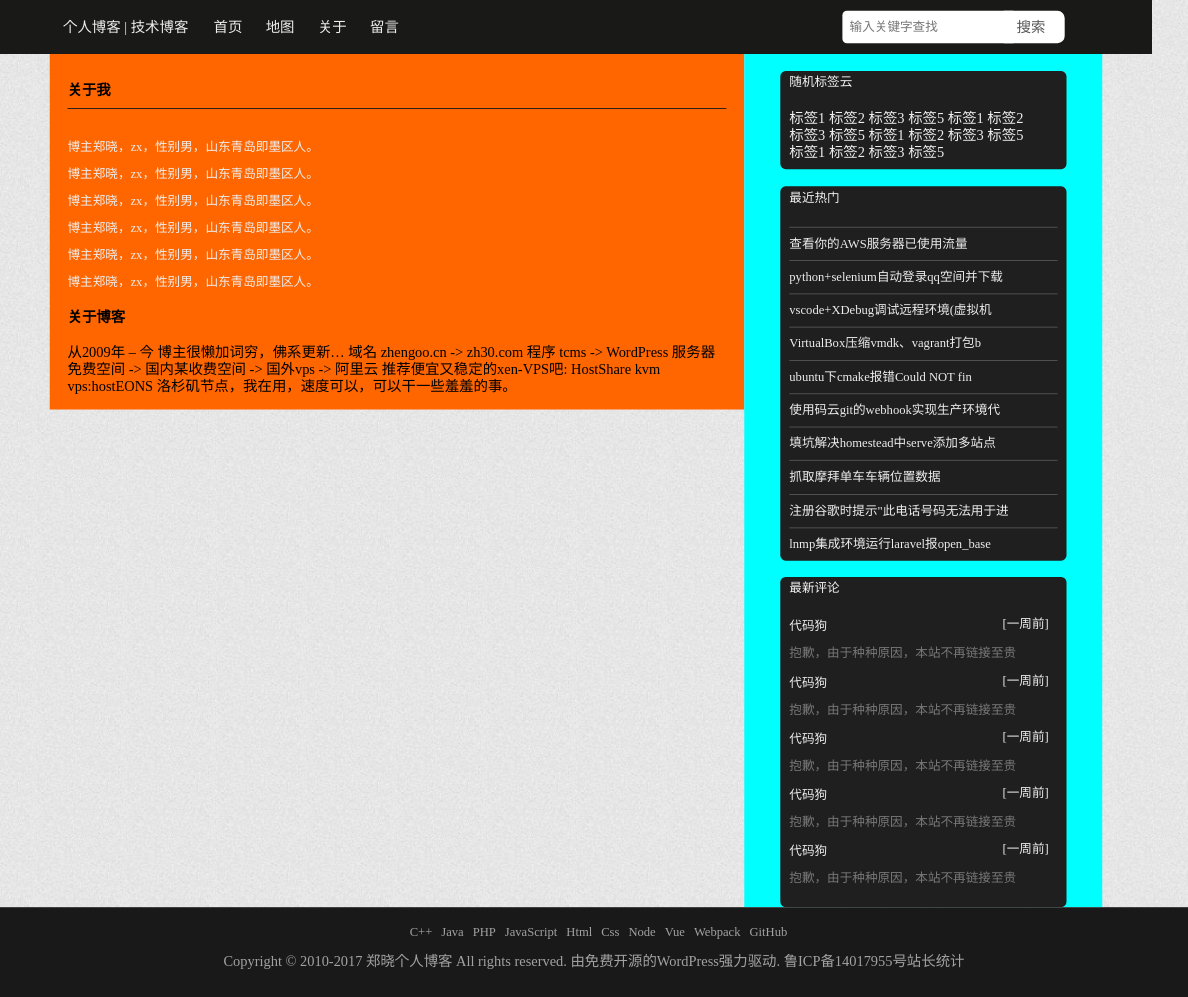
Repository: li1214/my_blog
Page: page/about.html
These files come from the project's save history. The page is drawn as it stood at one moment and after the next save; the edit follows.
The browser window is 1280 px wide. The page is 1320 px wide, so the pictures cover 1320 px, including what lies to the right of the window. The pictures show the whole page, at 90% of full size.

Above is the page before, as saved 2019-01-04 14:16:39.

### page/about.html
<!DOCTYPE html>
<html lang="en">

<head>
    <meta charset="UTF-8" />
    <meta name="viewport" content="width=device-width, initial-scale=1.0" />
    <meta http-equiv="X-UA-Compatible" content="ie=edge" />
    <title>个人博客</title>
    <link href="./css/base.css" rel="stylesheet" type="text/css" />
    <link href="./css/about.css" rel="stylesheet" type="text/css" />
</head>

<body>
    <header>
        <div class="container">
            <a>个人博客 | 技术博客</a>
            <ul>
                <li><a href="">首页</a></li>
                <li><a href="">地图</a></li>
                <li><a href="">关于</a></li>
                <li><a href="">留言</a></li>
            </ul>
            <div class="search">
                <input type="text" placeholder="输入关键字查找" />
                <button>搜索</button>
            </div>
        </div>
    </header>
    <div class="content">
        <div class="content-left">
            <div class='about'>
                <div class='about-me'>
                    <h4>关于我</h4>
                    <p>博主郑晓，zx，性别男，山东青岛即墨区人。</p>
                    <p>博主郑晓，zx，性别男，山东青岛即墨区人。</p>
                    <p>博主郑晓，zx，性别男，山东青岛即墨区人。</p>
                    <p>博主郑晓，zx，性别男，山东青岛即墨区人。</p>
                    <p>博主郑晓，zx，性别男，山东青岛即墨区人。</p>
                    <p>博主郑晓，zx，性别男，山东青岛即墨区人。</p>
                </div>
                <div class='about-blog'>
                    <h4>关于博客</h4>
                    <p>从2009年 – 今
                    博主很懒加词穷，佛系更新…
                    域名 zhengoo.cn -> zh30.com
                    程序 tcms -> WordPress
                    服务器 免费空间 -> 国内某收费空间 -> 国外vps -> 阿里云

                    推荐便宜又稳定的xen-VPS吧: HostShare
                    kvm vps:hostEONS 洛杉矶节点，我在用，速度可以，可以干一些羞羞的事。</p>
                </div>
            </div>
            <div></div>
            <div>
                <form action="">

                </form>
            </div>
        </div>
        <div class="content-right">
            <div class="right-box">
                <h4>随机标签云</h4>
                <div class="contents">
                    <a>标签1</a> <a>标签2</a> <a>标签3</a> <a>标签5</a> <a>标签1</a>
                    <a>标签2</a> <a>标签3</a> <a>标签5</a> <a>标签1</a> <a>标签2</a>
                    <a>标签3</a> <a>标签5</a> <a>标签1</a> <a>标签2</a> <a>标签3</a>
                    <a>标签5</a>
                </div>
            </div>
            <div class="right-box" style="padding-bottom: 0;">
                <h4>最近热门</h4>
                <div class="contents">
                    <ul class="list-group">
                        <li class="list-group-item">
                            <a href="https://www.zh30.com/aws-ec2-cloudwatch.html">查看你的AWS服务器已使用流量</a>
                        </li>
                        <li class="list-group-item">
                            <a href="https://www.zh30.com/python-selenium-qqzone-album.html">python+selenium自动登录qq空间并下载</a>
                        </li>
                        <li class="list-group-item">
                            <a href="https://www.zh30.com/vscode-xdebug-remote-vagrant-php.html">vscode+XDebug调试远程环境(虚拟机</a>
                        </li>
                        <li class="list-group-item">
                            <a href="https://www.zh30.com/virtualbox-vmdk-vagrant-box.html">VirtualBox压缩vmdk、vagrant打包b</a>
                        </li>
                        <li class="list-group-item">
                            <a href="https://www.zh30.com/ubuntu-cmake-could-not-find-boost.html">ubuntu下cmake报错Could
                                NOT fin</a>
                        </li>
                        <li class="list-group-item">
                            <a href="https://www.zh30.com/webhook-git-pull.html">使用码云git的webhook实现生产环境代</a>
                        </li>
                        <li class="list-group-item">
                            <a href="https://www.zh30.com/homestead-serve-add-sites.html">填坑解决homestead中serve添加多站点</a>
                        </li>
                        <li class="list-group-item">
                            <a href="https://www.zh30.com/crawl-mobike-location.html">抓取摩拜单车车辆位置数据</a>
                        </li>
                        <li class="list-group-item">
                            <a href="https://www.zh30.com/google-register-phone-verification.html">注册谷歌时提示"此电话号码无法用于进</a>
                        </li>
                        <li class="list-group-item">
                            <a href="https://www.zh30.com/lnmp-laravel-open_basedir.html">lnmp集成环境运行laravel报open_base</a>
                        </li>
                    </ul>
                </div>
            </div>
            <div class="right-box">
                <h4>最新评论</h4>
                <div class="contents">
                    <div class='item'>
                        <div class='item-title'>
                            <span>代码狗</span>
                            <span class='spanr'>[一周前]</span>
                        </div>
                        <p class='item-comtebt'>
                            抱歉，由于种种原因，本站不再链接至贵
                        </p>
                    </div>
                    <div class='item'>
                        <div class='item-title'>
                            <span>代码狗</span>
                            <span class='spanr'>[一周前]</span>
                        </div>
                        <p class='item-comtebt'>
                            抱歉，由于种种原因，本站不再链接至贵
                        </p>
                    </div>
                    <div class='item'>
                        <div class='item-title'>
                            <span>代码狗</span>
                            <span class='spanr'>[一周前]</span>
                        </div>
                        <p class='item-comtebt'>
                            抱歉，由于种种原因，本站不再链接至贵
                        </p>
                    </div>
                    <div class='item'>
                        <div class='item-title'>
                            <span>代码狗</span>
                            <span class='spanr'>[一周前]</span>
                        </div>
                        <p class='item-comtebt'>
                            抱歉，由于种种原因，本站不再链接至贵
                        </p>
                    </div>
                    <div class='item'>
                        <div class='item-title'>
                            <span>代码狗</span>
                            <span class='spanr'>[一周前]</span>
                        </div>
                        <p class='item-comtebt'>
                            抱歉，由于种种原因，本站不再链接至贵
                        </p>
                    </div>
                </div>
            </div>
        </div>
    </div>
    <footer>
        <ul>
            <li>C++</li>
            <li>Java</li>
            <li>PHP</li>
            <li>JavaScript</li>
            <li>Html</li>
            <li>Css</li>
            <li>Node</li>
            <li>Vue</li>
            <li>Webpack</li>
            <li>GitHub</li>
        </ul>
        <p>Copyright © 2010-2017 郑晓个人博客 All rights reserved. 由免费开源的WordPress强力驱动. 鲁ICP备14017955号站长统计</p>
    </footer>
</body>

</html>

### page/css/base.css
html {line-height: 1.15; /* 1 */-webkit-text-size-adjust: 100%; /* 2 */}
body {margin: 0;}
@font-face{
    font-family: 'myicon';
    src: url('../font/glyphicons-halflings-regular.woff2')
}
ul{padding: 0}
main {
  display: block;
}
h1 {
  font-size: 2em;
  margin: 0.67em 0;
}
hr {
  box-sizing: content-box; /* 1 */
  height: 0; /* 1 */
  overflow: visible; /* 2 */
}
pre {
  font-family: monospace, monospace; /* 1 */
  font-size: 1em; /* 2 */
}
a {
  background-color: transparent;
}
abbr[title] {
  border-bottom: none; /* 1 */
  text-decoration: underline; /* 2 */
  text-decoration: underline dotted; /* 2 */
}
b,
strong {
  font-weight: bolder;
}
code,
kbd,
samp {
  font-family: monospace, monospace; /* 1 */
  font-size: 1em; /* 2 */
}
small {
  font-size: 80%;
}
sub,
sup {
  font-size: 75%;
  line-height: 0;
  position: relative;
  vertical-align: baseline;
}
sub {
  bottom: -0.25em;
}
sup {
  top: -0.5em;
}
img {
  border-style: none;
}
button,
input,
optgroup,
select,
textarea {
  font-family: inherit; /* 1 */
  font-size: 100%; /* 1 */
  line-height: 1.15; /* 1 */
  margin: 0; /* 2 */
}
button,
input { /* 1 */
  overflow: visible;
}
button,
select { /* 1 */
  text-transform: none;
}
button,
[type="button"],
[type="reset"],
[type="submit"] {
  -webkit-appearance: button;
}
button::-moz-focus-inner,
[type="button"]::-moz-focus-inner,
[type="reset"]::-moz-focus-inner,
[type="submit"]::-moz-focus-inner {
  border-style: none;
  padding: 0;
}
button:-moz-focusring,
[type="button"]:-moz-focusring,
[type="reset"]:-moz-focusring,
[type="submit"]:-moz-focusring {
  outline: 1px dotted ButtonText;
}
fieldset {
  padding: 0.35em 0.75em 0.625em;
}
legend {
  box-sizing: border-box; /* 1 */
  color: inherit; /* 2 */
  display: table; /* 1 */
  max-width: 100%; /* 1 */
  padding: 0; /* 3 */
  white-space: normal; /* 1 */
}
progress {
  vertical-align: baseline;
}
textarea {
  overflow: auto;
}

[type="checkbox"],
[type="radio"] {
  box-sizing: border-box; /* 1 */
  padding: 0; /* 2 */
}
[type="number"]::-webkit-inner-spin-button,
[type="number"]::-webkit-outer-spin-button {
  height: auto;
}

[type="search"] {
  -webkit-appearance: textfield; /* 1 */
  outline-offset: -2px; /* 2 */
}

[type="search"]::-webkit-search-decoration {
  -webkit-appearance: none;
}
::-webkit-file-upload-button {
  -webkit-appearance: button; /* 1 */
  font: inherit; /* 2 */
}
details {
  display: block;
}
summary {
  display: list-item;
}
template {
  display: none;
}
[hidden] {
  display: none;
}
a{text-decoration: none;}
/* ========================================================== css reset ========================================================== */

body {
    width: 100%;
    height: 100%;
    background-image: url(../image/bg.jpg);
    background-repeat: repeat;
    overflow-x: hidden;
}

header{
    width: 100%;
    height: 60px;
    background-color: #191918;
}
header .container {
    width:1170px;
    height: 100%;
    margin: 0 auto;
}
header .container>a{
    display: block;
    float: left;
    color: #eee;
    line-height: 60px;
    margin: 0 15px;
    font-size: 16px;
}
header .container>ul{
    float: left;
    margin: 0;
    padding: 0;
}
header .container>ul>li{
    display: inline-block;
    float: left;
}
header .container>ul>li a{
    color: #eee;
    display: inline-block;
    height: 60px;
    width: 58px;
    line-height: 60px;
    text-align: center;
}
header .container .search{
    float: right;
    height: 100%;
    position: relative;
    right: 117px;
}
header .container .search>input{
    display: inline-block;
    position: absolute;
    height: 26px;
    padding: 5px 8px;
    border-radius: 5px;
    border:none;
    outline: none;
    font-size: 14px;
    margin-top: 12px;
    left: -172px;
}
header .container .search > button{
    outline: none;
    display: inline-block;
    position: absolute;
    width: 75px;
    height: 36px;
    padding: 5px 10px;
    border-radius: 8px;
    margin-top: 12px;
    cursor: pointer;
    color: #555;
    background-color: white;
    border: none;
}
/* ============================================================== header end ===================================================================== */
.content {
    width: 1170px;
    margin: 0 auto;
    position: relative;
    overflow: hidden;
}
.content .content-left{
    float: left;
    width: 66%;
    box-sizing: border-box;
    padding: 0 20px;
    background: #f60;
}
.content .content-right{
    float: right;
    width: 34%;
    box-sizing: border-box;
    background-color: aqua;
}
.right-box{
    background-color: #1f1f1f;
    margin-top: 20px;
    width: 80%;
    margin: 0 auto;
    box-sizing: border-box;
    border-radius: 6px;
    padding-bottom: 10px;
}
.right-box>h4 {
    color: #f4f4f4;
    font-weight: normal;
    padding: 5px 10px;
    font-size: 14px;
}
.right-box .contents{
    color: #eee;
    padding: 0 10px 0px 10px;
}
/* .right-box .contents a::after{
    display: block;
    content: '';
    overflow: hidden;
    clear: both;
    position: absolute;
} */
.right-box .contents>a{
    display: inline-block;
}
.right-box .contents li{
    width: 100%;
    list-style: none;
    white-space:nowrap;
    overflow: hidden;
   text-overflow: ellipsis;
    border-top:1px solid #555;
}
.right-box .contents li a{
    font-size: 14px;
    display: inline-block;
    color: #eee;
    padding: 10px 0;
}
.right-box .item .item-title{position: relative;}
.right-box .item .item-title span{display: inline-block;font-size: 14px;font-weight: normal;}
.right-box .item .item-title span.spanr{
    position: absolute;
    right: 10px;
}
.right-box .item > p{color: #777;font-size: 14px;}


/* =====================================================================  footer start ================================================================= */

footer{
    width: 100%;
    height: 60px;
    background: #191919;
    text-align: center;
    padding: 20px;
}
footer ul{
    display: inline-block;
    margin:  0 auto;
    text-align: center;
}
footer ul li{
    display: inline-block;
    color: #a2a2a2;
    float: left;
    font-size: 14px;
    margin-left: 10px;
    cursor: pointer;
    text-align: center;
}
footer p {
    margin-top: 10px;
    color: #a2a2a2;
}

### page/css/about.css
.about-me > h4{
    display: inline-block;
    padding: 10px 0;
    width: 100%;
    border-bottom: 1px solid #191919;
}
.about-me p{
    color: #eee;
    font-size: 14px;
}

After the next save:
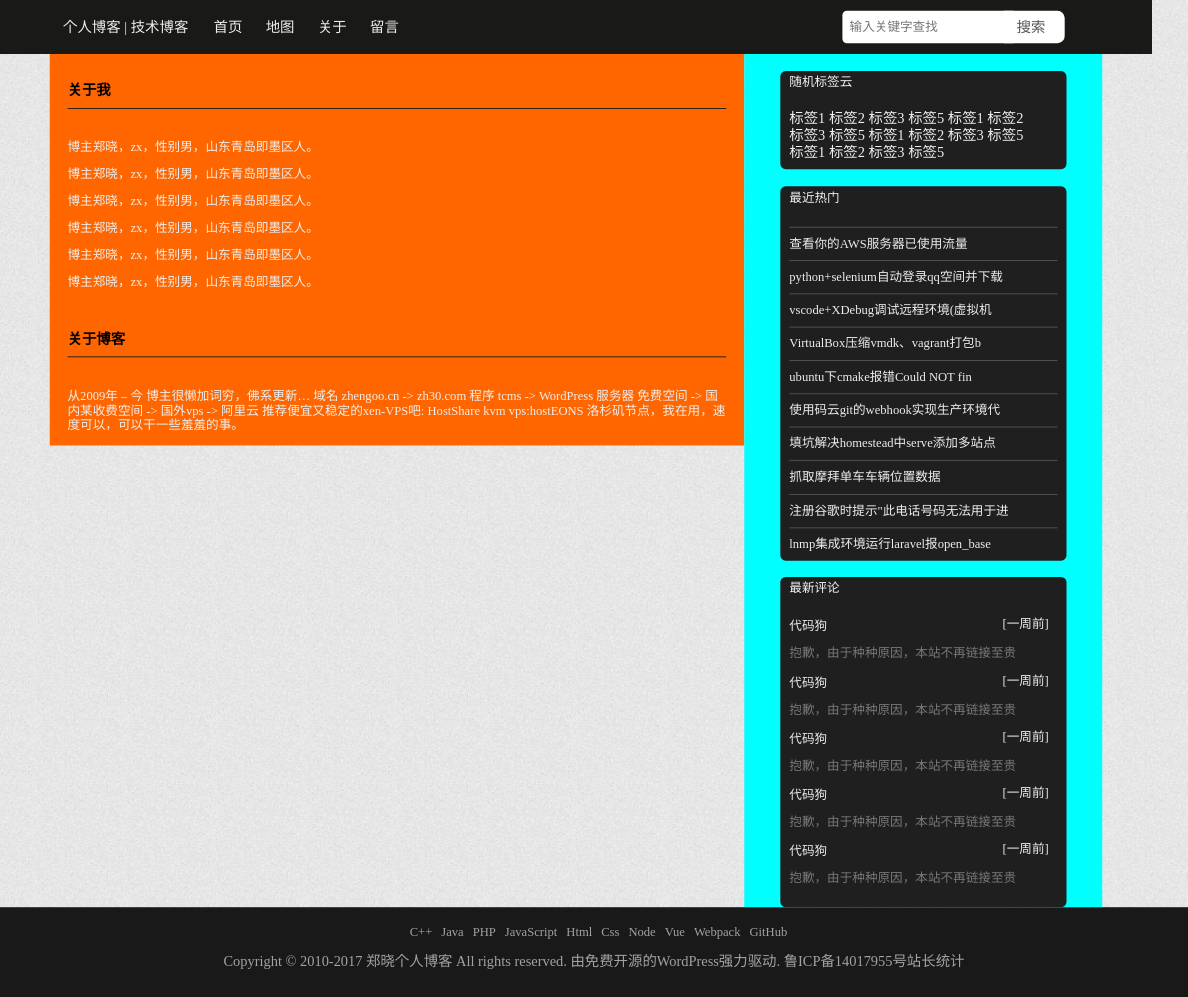
Saved 37 s later.
--- a/page/css/about.css
+++ b/page/css/about.css
@@ -1,10 +1,10 @@
-.about-me > h4{
+.about-me > h4,.about-blog > h4{
     display: inline-block;
     padding: 10px 0;
     width: 100%;
     border-bottom: 1px solid #191919;
 }
-.about-me p{
+.about-me p,.about-blog > p{
     color: #eee;
     font-size: 14px;
 }
